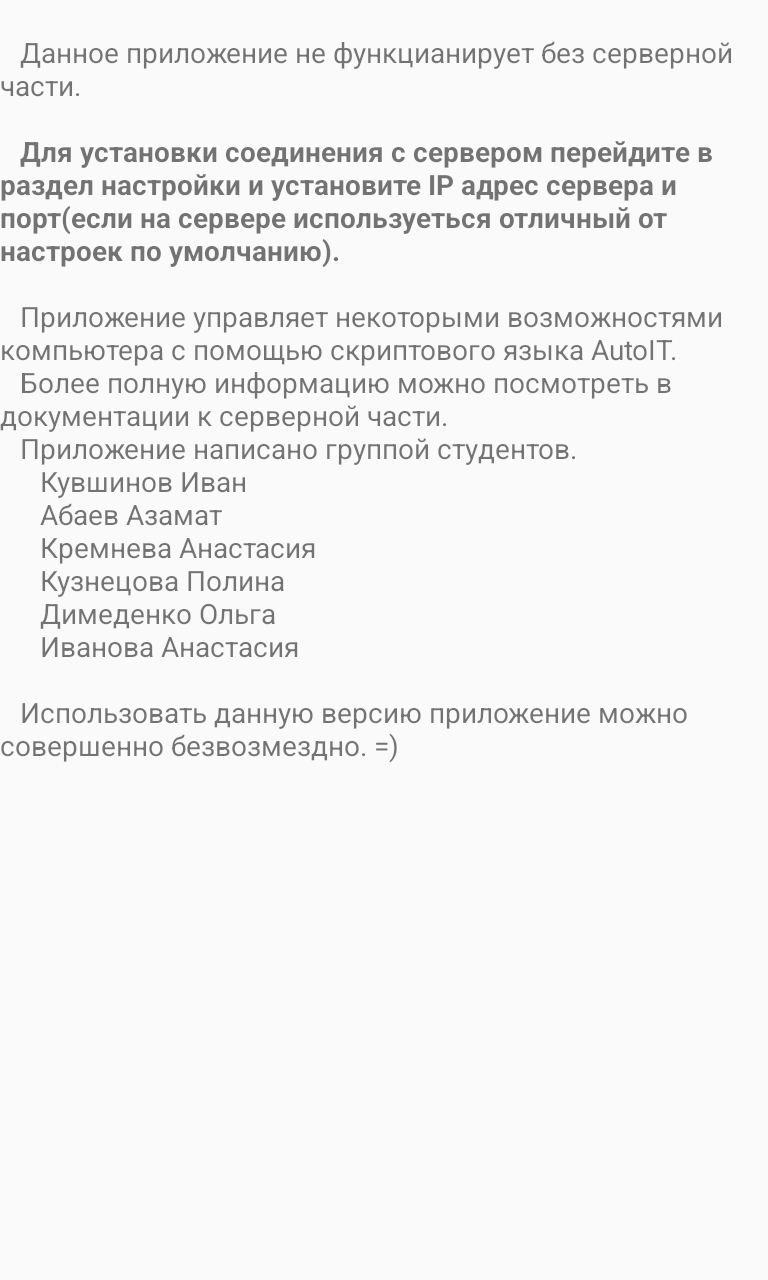
Repository: Laboratory711/Nightjar
Layout: android/Nightjar/workspace/Nightjar/res/layout/about.xml
The author's editor kept a copy of each file at every save. The layout is drawn from the files as they stood at one save, then again after the next save.
It is drawn on a 768 x 1280 px phone screen (xhdpi) without system bars, with theme AppTheme; the app's code is not run.

Above is the layout before, as saved 2014-03-28 22:25:00.

### android/Nightjar/workspace/Nightjar/res/layout/about.xml
<?xml version="1.0" encoding="utf-8"?>
<ScrollView xmlns:android="http://schemas.android.com/apk/res/android"
    android:layout_width="match_parent"
    android:layout_height="match_parent" >

    <LinearLayout
        android:layout_width="match_parent"
        android:layout_height="match_parent"
        android:orientation="vertical" >

        <TextView
	    android:id="@+id/about_content"
	    android:layout_width="wrap_content"
	    android:layout_height="wrap_content"
	    android:text="@string/text_about" />

    </LinearLayout>


</ScrollView>

### android/Nightjar/workspace/Nightjar/res/values/strings.xml
<?xml version="1.0" encoding="utf-8"?>
<resources xmlns:android="http://schemas.android.com/apk/res/android">

    <string android:id="@+id/string5" name="text_about" android:layout_width="wrap_content" android:layout_height="wrap_content">
        \n
        \tДанное приложение не функцианирует без серверной части.\n
        \n\t<b>Для установки соединения с сервером перейдите в раздел настройки и установите IP адрес сервера и порт(если на сервере используеться отличный от настроек по умолчанию).</b>\n\n
        \tПриложение управляет некоторыми возможностями компьютера с помощью скриптового языка AutoIT.\n
        \tБолее полную информацию можно посмотреть в документации к серверной части.\n
        \tПриложение написано группой студентов.\n
        \t\tКувшинов Иван\n
        \t\tАбаев Азамат\n
        \t\tКремнева Анастасия\n
        \t\tКузнецова Полина\n
        \t\tДимеденко Ольга\n
        \t\tИванова Анастасия\n
        \n
        \tИспользовать данную версию приложение можно совершенно безвозмездно. =)\n
	</string>
    <string name="app_name">LabSOO</string>
    <string name="hello_world">Hello world!</string>
    <string name="action_settings">Настройки</string>
    <string name="action_about">О программе</string>
    <string android:id="@+id/string1" name="text_IP" android:layout_width="wrap_content" android:layout_height="wrap_content">IP Адрес сервера</string>
    <string android:id="@+id/string2" name="text_Port" android:layout_width="wrap_content" android:layout_height="wrap_content">Адрес порта</string>
    <string android:id="@+id/string3" name="text_buttom_Name" android:layout_width="wrap_content" android:layout_height="wrap_content">Подключиться к серверу</string>
    <string android:id="@+id/string4" name="TV_text" android:layout_width="wrap_content" android:layout_height="wrap_content"></string>
    <string android:id="@+id/string6" name="text_buttom2_Name" android:layout_width="wrap_content" android:layout_height="wrap_content">Выполнить скрипт</string>
    <string android:id="@+id/string8" name="text_buttom4_Name" android:layout_width="wrap_content" android:layout_height="wrap_content">Открыть редактор</string>
    <string android:id="@+id/string9" name="text_List" android:layout_width="wrap_content" android:layout_height="wrap_content">Выбирите скрипт</string>
    <string name="pref_IP">IP_adres</string>
    <string name="pref_App">App</string>
    <string name="pref_Port">Prot</string>
    <string name="title_activity_list">List</string>
    <string name="about_title">О программе</string>
    <string name="title_activity_notepad">Notepad</string>

</resources>

Loaded but not shown: android/Nightjar/workspace/Nightjar/res/values/styles.xml (common file); android/Nightjar/workspace/Nightjar/res/values-v11/styles.xml (common file); android/Nightjar/workspace/Nightjar/res/values-v14/styles.xml (common file)

After the next save:
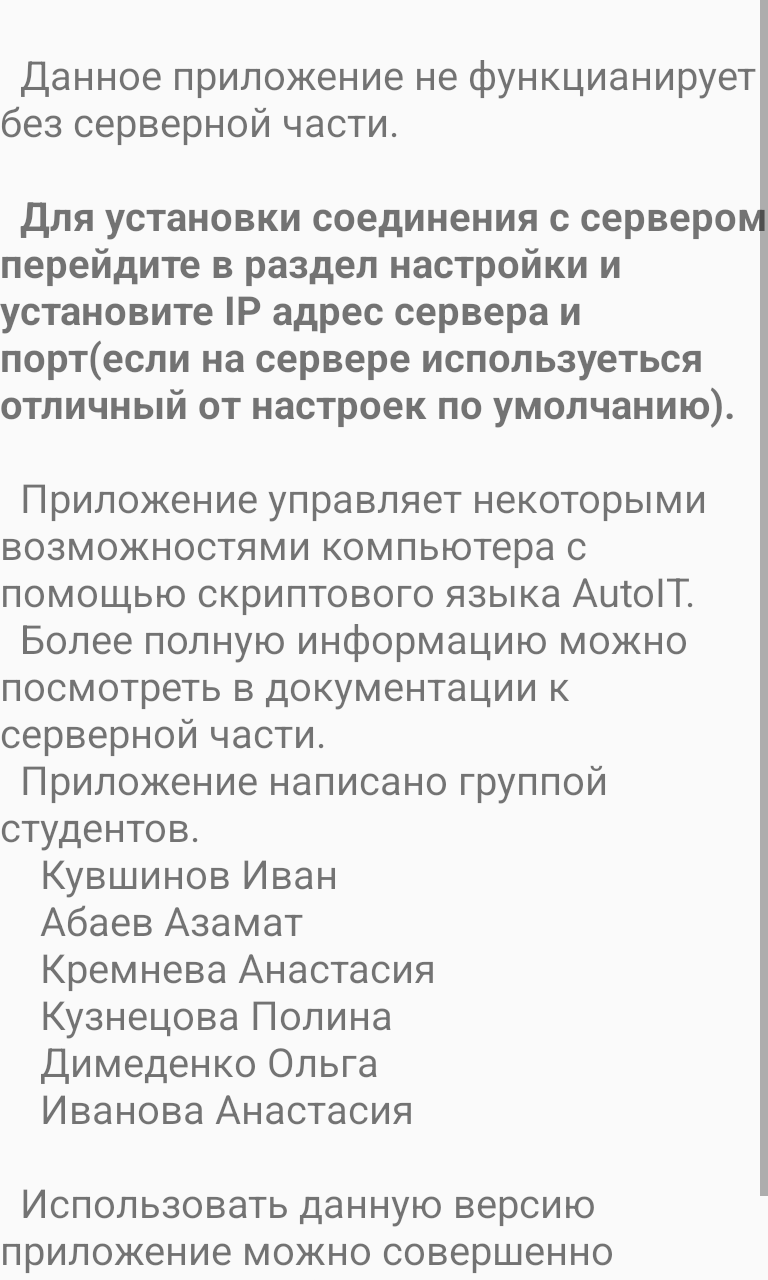
Saved 2 min 1 s later.
--- a/android/Nightjar/workspace/Nightjar/res/layout/about.xml
+++ b/android/Nightjar/workspace/Nightjar/res/layout/about.xml
@@ -9,10 +9,11 @@
         android:orientation="vertical" >
 
         <TextView
-	    android:id="@+id/about_content"
-	    android:layout_width="wrap_content"
-	    android:layout_height="wrap_content"
-	    android:text="@string/text_about" />
+            android:id="@+id/about_content"
+            android:layout_width="wrap_content"
+            android:layout_height="wrap_content"
+            android:text="@string/text_about"
+            android:textSize="20sp" />
 
     </LinearLayout>
 
